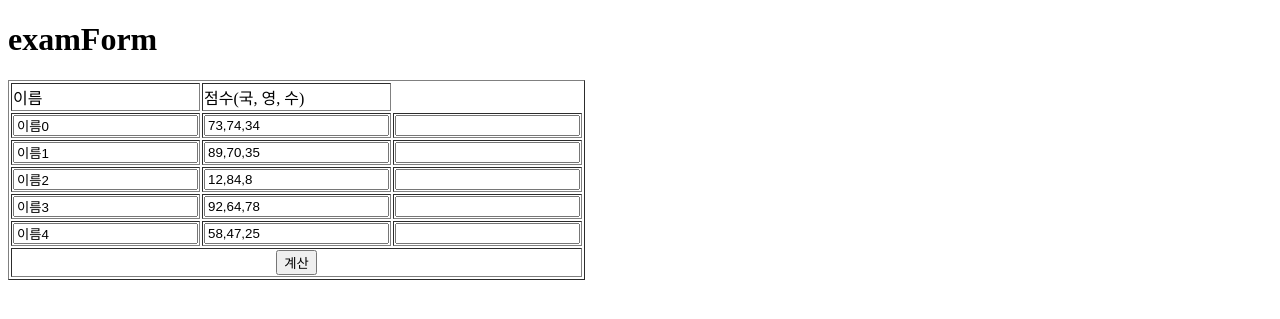
Repository: Jhoon0211/java_work
Page: http://localhost/jspProj/exam/examForm.jsp
These files come from the project's save history. The page is drawn as it stood at one moment and after the next save; the edit follows.
The browser window is 1280 px wide. The pictures show the whole page.
The page is served by Tomcat 9. Other server files are loaded and not shown.

Above is the page before, as saved 2023-07-31 07:46:18.

### jspProj/src/main/webapp/exam/examForm.jsp
<%@ page language="java" contentType="text/html; charset=UTF-8"
    pageEncoding="UTF-8"%>
<!DOCTYPE html>
<html>
<head>
<meta charset="UTF-8">
<title>Insert title here</title>
</head>
<body>
<h1>examForm</h1>
	<form action="examReg.jsp">
		<table border="">
			<tr>
				<td>이름</td>
				<td>점수(국, 영, 수)</td>
			</tr>
			<% for(int i = 0; i<5; i++){ %>
			<tr>
				<td><input type="text" name="name" value="<%="이름" + i %>"/></td>
				<td>
					<input type="text" name="jum"
					value="<%=(int)(Math.random()*100) + ","
						    + (int)(Math.random()*100) + ","
						    + (int)(Math.random()*100) %>"/>
				</td>
				<td><input type="text" name="grade" value=""/></td>
			</tr>
			<% } %>
			<tr>
				<td colspan="8" align="center">
					<input type="submit" value="계산" />
				</td>
			</tr>
		</table>
	</form>
</body>
</html>

After the next save:
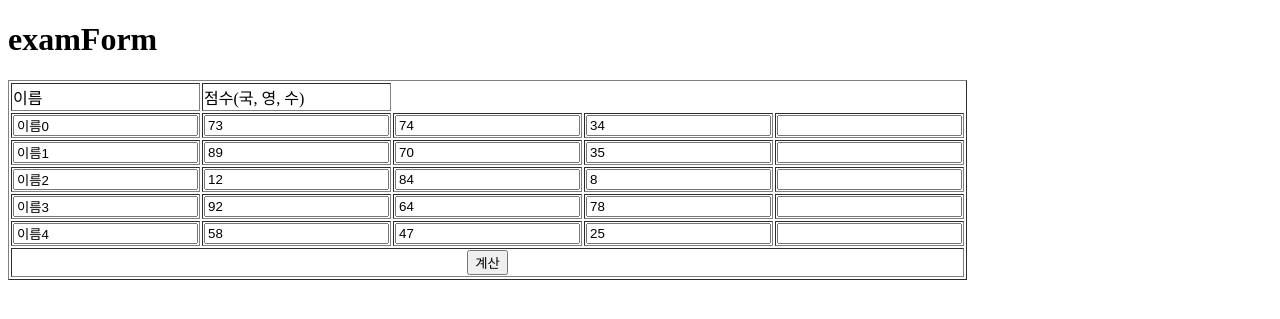
Saved 2 h 13 min later.
--- a/jspProj/src/main/webapp/exam/examForm.jsp
+++ b/jspProj/src/main/webapp/exam/examForm.jsp
@@ -17,12 +17,9 @@
 			<% for(int i = 0; i<5; i++){ %>
 			<tr>
 				<td><input type="text" name="name" value="<%="이름" + i %>"/></td>
-				<td>
-					<input type="text" name="jum"
-					value="<%=(int)(Math.random()*100) + ","
-						    + (int)(Math.random()*100) + ","
-						    + (int)(Math.random()*100) %>"/>
-				</td>
+				<td><input type="text" name="kor" value="<%=(int)(Math.random()*100)%>"/></td>
+				<td><input type="text" name="eng" value="<%=(int)(Math.random()*100) %>"/></td>
+				<td><input type="text" name="math" value="<%=(int)(Math.random()*100) %>"/></td>
 				<td><input type="text" name="grade" value=""/></td>
 			</tr>
 			<% } %>
